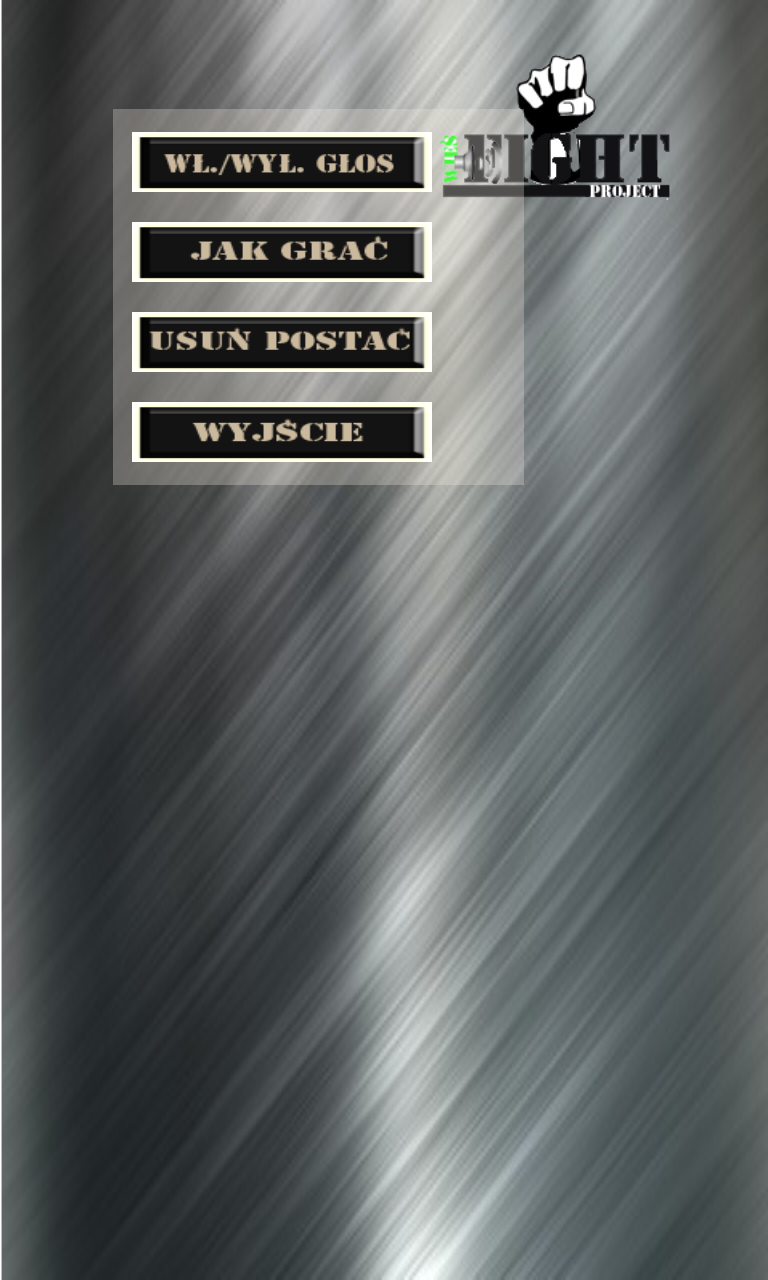
Repository: KrzysztofWolinski/WiesFight_Project
Layout: WiesFight/res/layout/activity_settings.xml
An editor plug-in stored every save of this project. The layout is shown before and after the next save, followed by the edit.
It is drawn on a 768 x 1280 px phone screen (xhdpi) without system bars, with theme AppTheme; the app's code is not run.

Above is the layout before, as saved 2014-11-13 09:24:44.

After the next save:
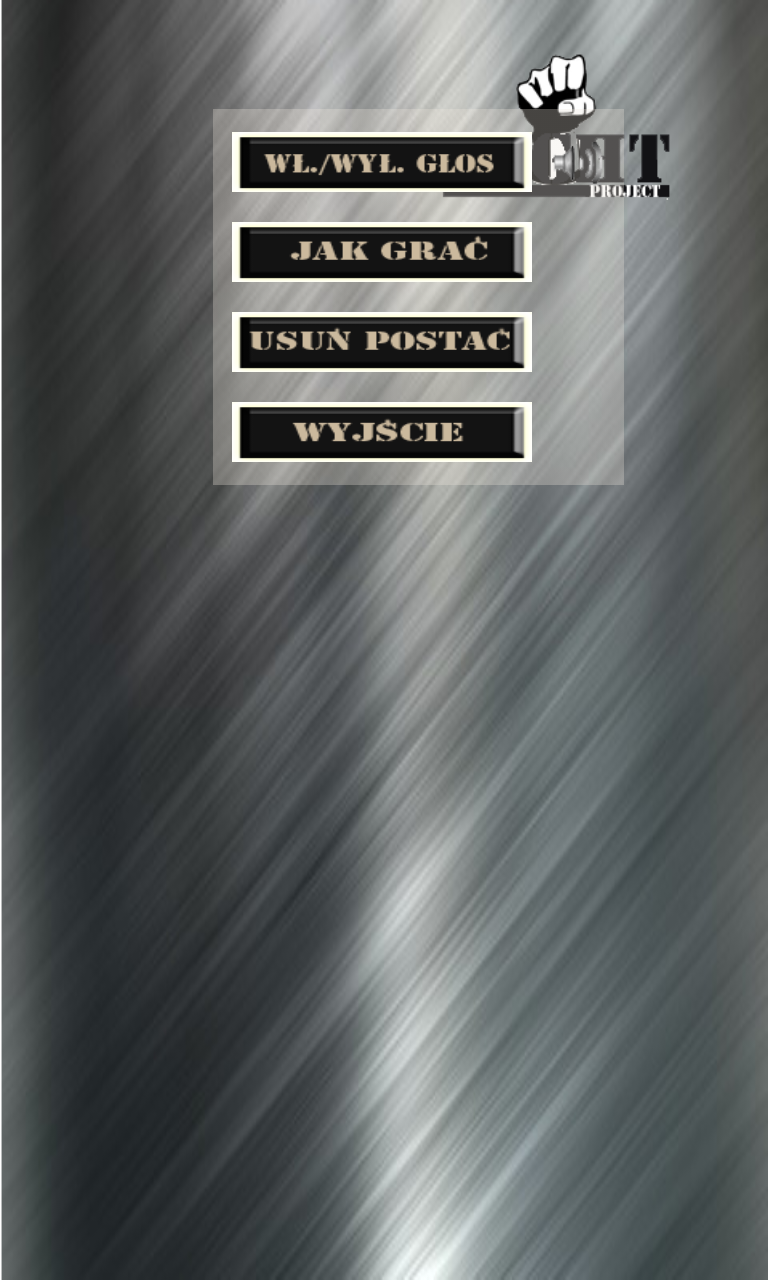
Saved 44 s later.
--- a/WiesFight/res/layout/activity_settings.xml
+++ b/WiesFight/res/layout/activity_settings.xml
@@ -44,7 +44,7 @@
         android:layout_alignParentLeft="true"
         android:layout_alignParentTop="true"
         android:layout_marginTop="50dp"
-        android:layout_marginLeft="50dp"
+        android:layout_marginLeft="100dp"
         android:onClick="switchSound"
         android:background="@drawable/glos" />
 
